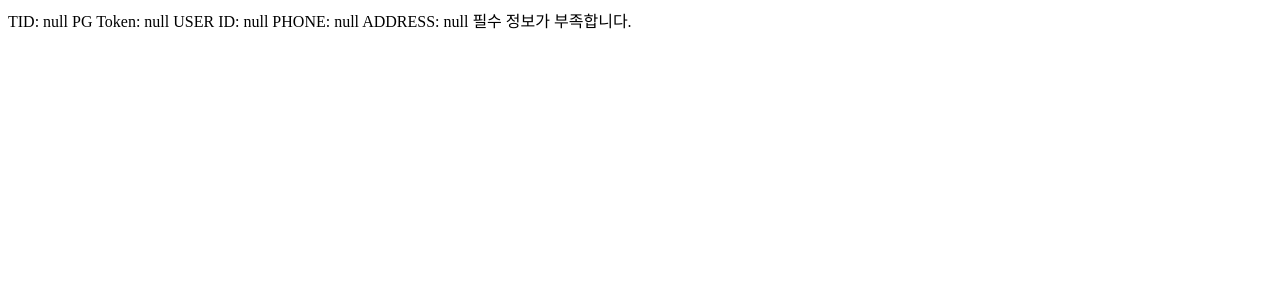
Repository: 0823-01/MonoLiving
Page: http://localhost/shoppingMall/views/api/kakaoPaySuccess.jsp
An editor plug-in stored every save of this project. The page is shown before and after the next save, followed by the edit.
The browser window is 1280 px wide. The pictures show the whole page.
The page is served by Tomcat 9.

Above is the page before, as saved 2024-10-30 15:37:47.

After the next save:
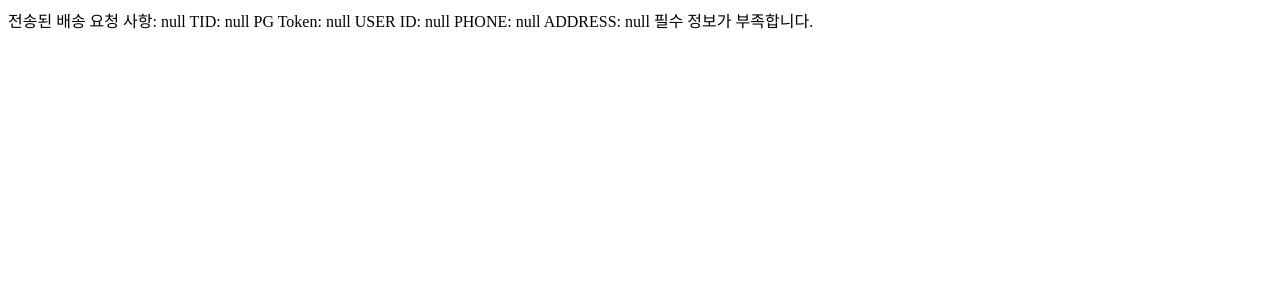
Saved 25 s later.
--- a/shoppingMall/src/main/webapp/views/api/kakaoPaySuccess.jsp
+++ b/shoppingMall/src/main/webapp/views/api/kakaoPaySuccess.jsp
@@ -33,8 +33,8 @@
     int totalPrice = 0;
 
     // 배송 요청 사항 가져오기
-    String deliveryRequest = request.getParameter("delivery_request"); // delivery_request 파라미터 가져오기
-
+String deliveryRequest = request.getParameter("delivery_request");
+response.getWriter().println("전송된 배송 요청 사항: " + deliveryRequest); // 추가
     // 총 금액 형식 변환
     if (totalPriceStr != null) {
         try {
